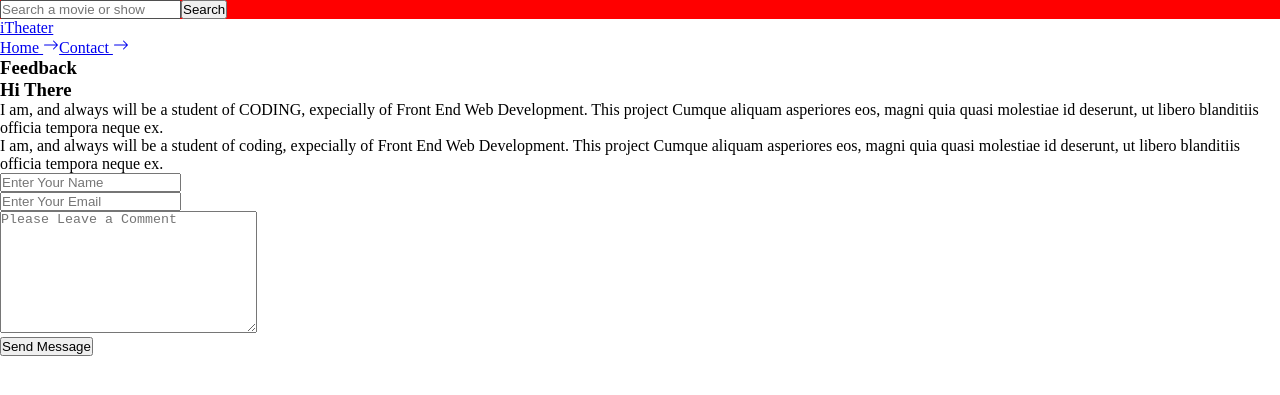
Repository: just-mann/itheater
Page: /contact
An editor plug-in stored every save of this project. The page is shown before and after the next save, followed by the edit.
The browser window is 1280 px wide. The pictures show the whole page.
The page's requests for data from a server got no answer. Some web fonts or font styles are not loaded; a fallback is used. The project was rebuilt for these pictures with package versions that can differ from the ones it lists, and the page was loaded fresh each time. No one was signed in, and anything a server would have sent is missing. Also part of the build but not shown: src/components/MovieDetail.js, src/components/ShowList.js.

Above is the page before, as saved 2021-07-17 05:44:49.

### public/index.html
<!DOCTYPE html>
<html lang="en">
  <head>
    <meta charset="utf-8" />
    <link rel="icon" href="%PUBLIC_URL%/favicon.ico" />
    <meta name="viewport" content="width=device-width, initial-scale=1" />
    <meta name="theme-color" content="#000000" />
    <meta
      name="description"
      content="Web site created using create-react-app"
    />
    <link rel="apple-touch-icon" href="%PUBLIC_URL%/logo192.png" />
    <!--
      manifest.json provides metadata used when your web app is installed on a
      user's mobile device or desktop. See https://developers.google.com/web/fundamentals/web-app-manifest/
    -->
    <link rel="manifest" href="%PUBLIC_URL%/manifest.json" />
    <!--
      Notice the use of %PUBLIC_URL% in the tags above.
      It will be replaced with the URL of the `public` folder during the build.
      Only files inside the `public` folder can be referenced from the HTML.

      Unlike "/favicon.ico" or "favicon.ico", "%PUBLIC_URL%/favicon.ico" will
      work correctly both with client-side routing and a non-root public URL.
      Learn how to configure a non-root public URL by running `npm run build`.
    -->
    <title>iTheater | Learn More About Your Favorite Movies / TV Shows</title>
    <link rel="preconnect" href="https://fonts.googleapis.com">
    <link rel="preconnect" href="https://fonts.gstatic.com" crossorigin>
    <link href="https://fonts.googleapis.com/css2?family=Bungee+Inline&family=Otomanopee+One&family=Roboto:wght@300&family=Train+One&display=swap" rel="stylesheet">
  </head>
  <body>
    <noscript>You need to enable JavaScript to run this app.</noscript>
    <div id="root"></div>
    <!--
      This HTML file is a template.
      If you open it directly in the browser, you will see an empty page.

      You can add webfonts, meta tags, or analytics to this file.
      The build step will place the bundled scripts into the <body> tag.

      To begin the development, run `npm start` or `yarn start`.
      To create a production bundle, use `npm run build` or `yarn build`.
    -->
  </body>
</html>

### src/index.js
import React from 'react';
import ReactDOM from 'react-dom';
import './styles/style.css';
import App from './App';
import reportWebVitals from './reportWebVitals';

ReactDOM.render(
  <React.StrictMode>
    <App />
  </React.StrictMode>,
  document.getElementById('root')
);

// If you want to start measuring performance in your app, pass a function
// to log results (for example: reportWebVitals(console.log))
// or send to an analytics endpoint. Learn more: https://bit.ly/CRA-vitals
reportWebVitals();

### src/styles/style.css
* {
  padding: 0;
  margin: 0;
  box-sizing: border-box;
}

html {
  scroll-behavior: smooth;
}

.Header {
  background: red;
  width: 100%;
}/*# sourceMappingURL=style_20210716025908.css.map */

### src/App.js
import React from 'react';
import MovieContextProvider from './contexts/MovieContext';
import {BrowserRouter as Router, Switch, Route} from 'react-router-dom';
import Contact from './components/Contact';
import MovieDetail from './components/MovieDetail';
import ShowList from './components/ShowList';

const App = () => {
  return (
    <div className="App">
        <MovieContextProvider>
        <Router>
          <Switch>
            <Route exact path='/'>
              <ShowList />
            </Route>
            <Route exact path='/contact'>
              <Contact />
            </Route>
            <Route exact path='/:id'>
              <MovieDetail />
            </Route>
          </Switch>
        </Router>
        </MovieContextProvider>
    </div>
  );
}

export default App;

### src/contexts/MovieContext.js
import React, {useState, useEffect, createContext} from 'react';

export const movieContext = createContext();

const MovieContextProvider = (props) => {

    const [movie, setMovie] = useState('Bernie');
    const [isPending, setIsPending] = useState(true);

    // Data to be displayed...
    const [data, setData] = useState([])

    // Function to enter movie or show name
    const EnterShow = (show) => {
        setMovie(show);
    }

    useEffect(() => {
        setTimeout(() => {
            fetch(`http://www.omdbapi.com/?s=${movie}&apikey=2c0bfe2d`)
                .then(res => res.json())
                .then(data => {
                    setData(data.Search)
                    setIsPending(false)
                    console.log(data.Search)
                })
                .catch(err => {
                    console.log(err)
                    // setIsPending(true)
                })
        }, 2000)
    }, [movie])

    return (
        <movieContext.Provider value={{movie, data, EnterShow, isPending}}>
            {data && props.children}
        </movieContext.Provider>
    )
}

export default MovieContextProvider;

### src/components/Contact.js
import React, {useEffect} from 'react';
import emailjs from 'emailjs-com';
import Header from './Header';
import SideNav from './SideNav';




const Contact = () => {

    useEffect(() => {
        window.scrollTo(0, 0);
    })

    const sendMessage = (e) => {
        // Prevent default refresh
        e.prevendDefault();

        emailjs.sendForm('i_theater', "i_theater_app1245", e.target, 'user_q41WWjjATyZnRcd2GzQuI')
            .then(result => {
                console.log(result);
            }, (error) => {
                console.log(error)
            });

    }

    return (
        <div className="Contact">
            <Header />
            <SideNav />
            <div className="rightSide">
                <h3>Feedback</h3>
                <div className="row">
                    <div className="contactDet">
                        <h3>Hi There</h3>
                        <p>
                            I am, and always will be a student of <span>CODING</span>, expecially of
                            <span> Front End Web Development</span>. This project
                            Cumque aliquam asperiores eos,
                            magni quia quasi molestiae id deserunt, ut
                            libero blanditiis officia tempora neque ex.
                        </p>
                        <p>
                            I am, and always will be a student of coding, expecially of
                            Front End Web Development. This project
                            Cumque aliquam asperiores eos,
                            magni quia quasi molestiae id deserunt, ut
                            libero blanditiis officia tempora neque ex.
                        </p>
                    </div>
                    <form onSubmit={sendMessage}>
                        <div>
                            {/* <label htmlFor="name">Name</label> */}
                            <input type="text" name="name" id="name" placeholder="Enter Your Name" required/>
                        </div>
                        <div>
                            {/* <label htmlFor="email">Email</label> */}
                            <input type="email" name="email" id="email" placeholder="Enter Your Email" required/>
                        </div>
                        <div>
                            {/* <label htmlFor="message">Message</label> */}
                            <textarea name="message" id="message" cols="30" rows="8" placeholder="Please Leave a Comment" required></textarea>
                        </div>
                        <div>
                            <input type="submit" value="Send Message" />
                        </div>
                    </form>
                </div>
            </div>
        </div>
    )
}

export default Contact;

### src/components/Header.js
import React from 'react';
import Search from './Search';

const Header = () => {
    return (
        <div className="Header">
            <div className="my_container">
                <div className="dummyElement"></div>
                <Search />
            </div>
        </div>
    )
}

export default Header;

### src/components/SideNav.js
import React from 'react';
import {NavLink} from 'react-router-dom';
import {BsArrowRight} from 'react-icons/bs';

const SideNav = () => {
    return (
        <div className="SideNav">
            <div className="logoDiv">
                <NavLink className="app_Logo" to='/'>iTheater</NavLink>
            </div>
            <div className="links">
                <NavLink to='/'  activeClassName="active">Home <BsArrowRight className="arrows"/></NavLink>
                <NavLink to="/contact" activeClassName="active">Contact <BsArrowRight className="arrows"/></NavLink>
            </div>
        </div>
    )
}

export default SideNav;

### src/components/Search.js
import React, {useState, useContext, useEffect} from 'react';
import { useHistory } from 'react-router';
import {movieContext} from '../contexts/MovieContext';

const Search = () => {

    useEffect(() => {
        window.scrollTo(0, 0);
    })

    const history = useHistory();

    const {EnterShow} = useContext(movieContext)

    const [newSearch, setNewSearch] = useState('');

    const handleChange = (e) => {
        setNewSearch(e.target.value);
    }

    // const reDirect = () => {
    //     let path = '/';
    //     let history = useHistory();
    //     history.push(path);
    // }

    const handleSubmit = (e) => {
        e.preventDefault();
        EnterShow(newSearch);
        setNewSearch('');
        history.push('/')
    }

    return (
        <div className="Search">
            <form onSubmit={handleSubmit}>
                <input type='search' value={newSearch} placeholder='Search a movie or show' onChange={handleChange}/>
                <button>Search</button>
            </form>
        </div>
    )
}

export default Search;

Loaded but not shown: src/reportWebVitals.js (common file)

After the next save:
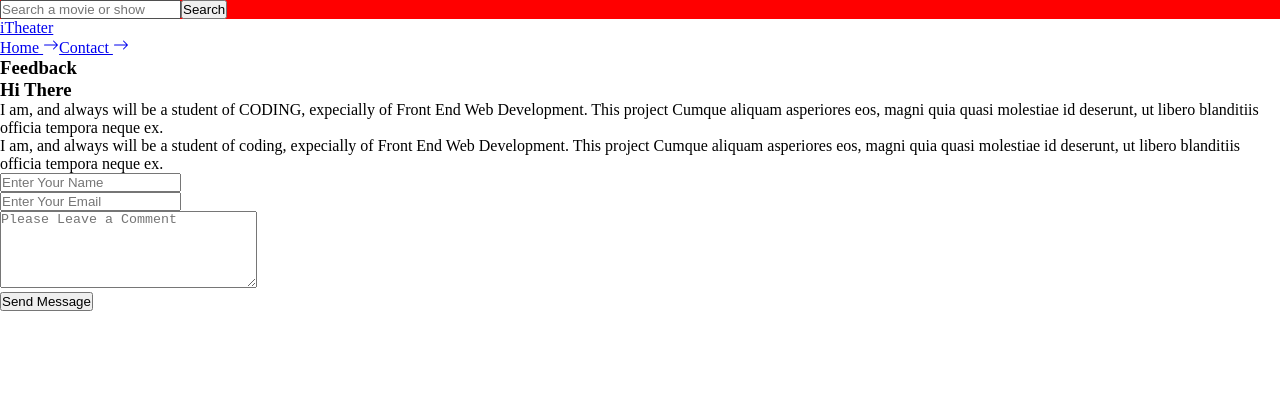
Saved 9 s later.
--- a/src/components/Contact.js
+++ b/src/components/Contact.js
@@ -60,7 +60,7 @@ const Contact = () => {
                         </div>
                         <div>
                             {/* <label htmlFor="message">Message</label> */}
-                            <textarea name="message" id="message" cols="30" rows="8" placeholder="Please Leave a Comment" required></textarea>
+                            <textarea name="message" id="message" cols="30" rows="5" placeholder="Please Leave a Comment" required></textarea>
                         </div>
                         <div>
                             <input type="submit" value="Send Message" />
